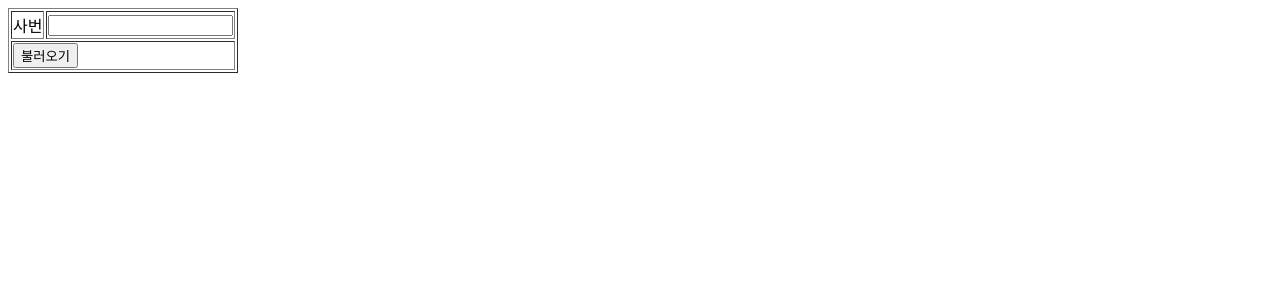
Repository: balhyo-younjisang/DigitechJSP
Page: http://localhost/InputPractice/get.jsp
These files come from the project's save history. The page is drawn as it stood at one moment and after a run of saves; the edit follows.
The browser window is 1280 px wide. The pictures show the whole page.
The page is served by Tomcat 9.

Above is the page before, as saved 2025-03-28 04:24:47.

After the next 2 saves:
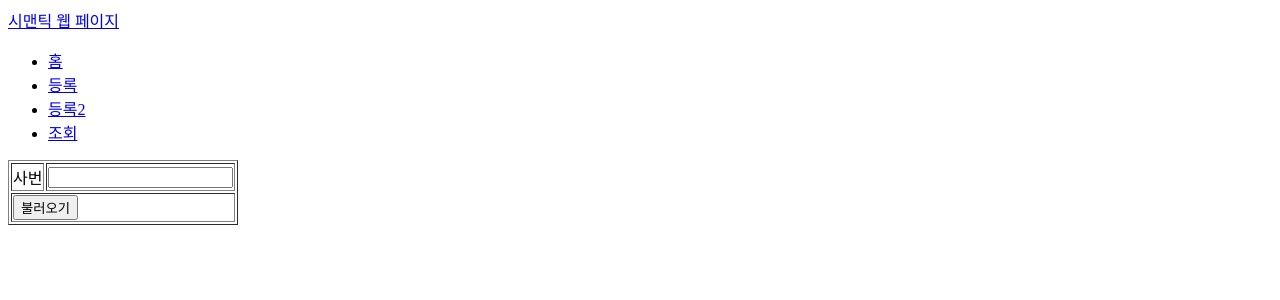
The 2 saves are shown as one change because they came seconds apart.
The last was saved 17 s later.
--- a/InputPractice/src/main/webapp/get.jsp
+++ b/InputPractice/src/main/webapp/get.jsp
@@ -1,5 +1,5 @@
 <%@ page language="java" contentType="text/html; charset=UTF-8"
-    pageEncoding="UTF-8"%>
+	pageEncoding="UTF-8"%>
 <!DOCTYPE html>
 <html>
 <head>
@@ -7,6 +7,19 @@
 <title>Insert title here</title>
 </head>
 <body>
+	<header>
+		<div>
+			<a href="index.jsp">시맨틱 웹 페이지</a>
+		</div>
+		<nav>
+			<ul class="gnb">
+				<li><a href="#">홈</a></li>
+				<li><a href="#">등록</a></li>
+				<li><a href="#">등록2</a></li>
+				<li><a href="#">조회</a></li>
+			</ul>
+		</nav>
+	</header>
 	<form action="get_action.jsp">
 		<table border="1">
 			<tr>
